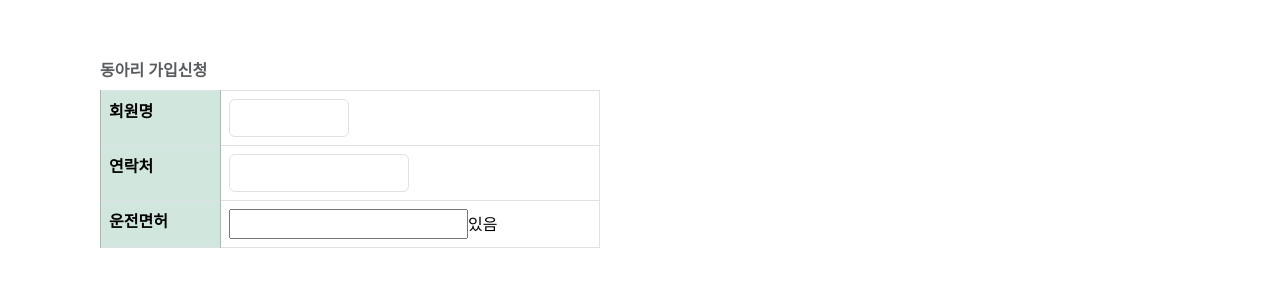
Repository: kim-gemma/JspStudy_hnkim
Page: http://localhost/JspCrudProject/member/addform.jsp
An editor plug-in stored every save of this project. The page is shown before and after the next save, followed by the edit.
The browser window is 1280 px wide. The pictures show the whole page.
Some web fonts or font styles are not loaded; a fallback is used. The page is served by Tomcat 9.

Above is the page before, as saved 2025-12-11 05:33:35.

After the next save:
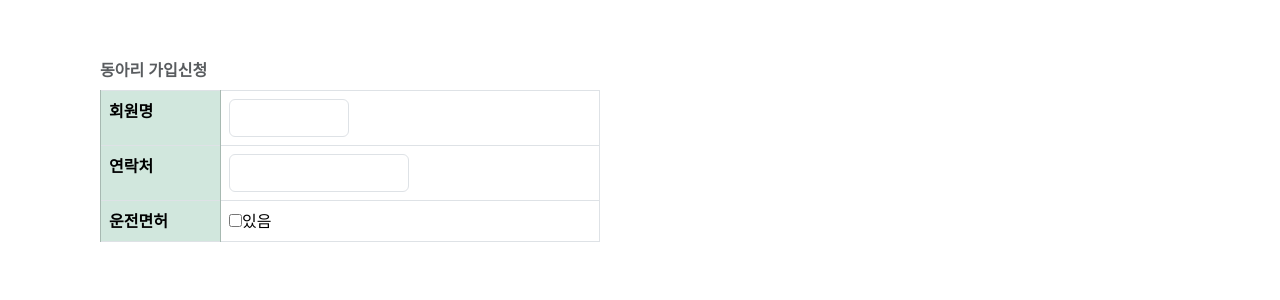
Saved 15 s later.
--- a/JspCrudProject/src/main/webapp/member/addform.jsp
+++ b/JspCrudProject/src/main/webapp/member/addform.jsp
@@ -31,7 +31,7 @@
 				<tr>
 					<th width="120" class="table-success">운전면허</th>
 					<td>
-						<input type="text" name="driver">있음
+						<input type="checkbox" name="driver">있음
 					</td>
 				</tr>
 			</table>
